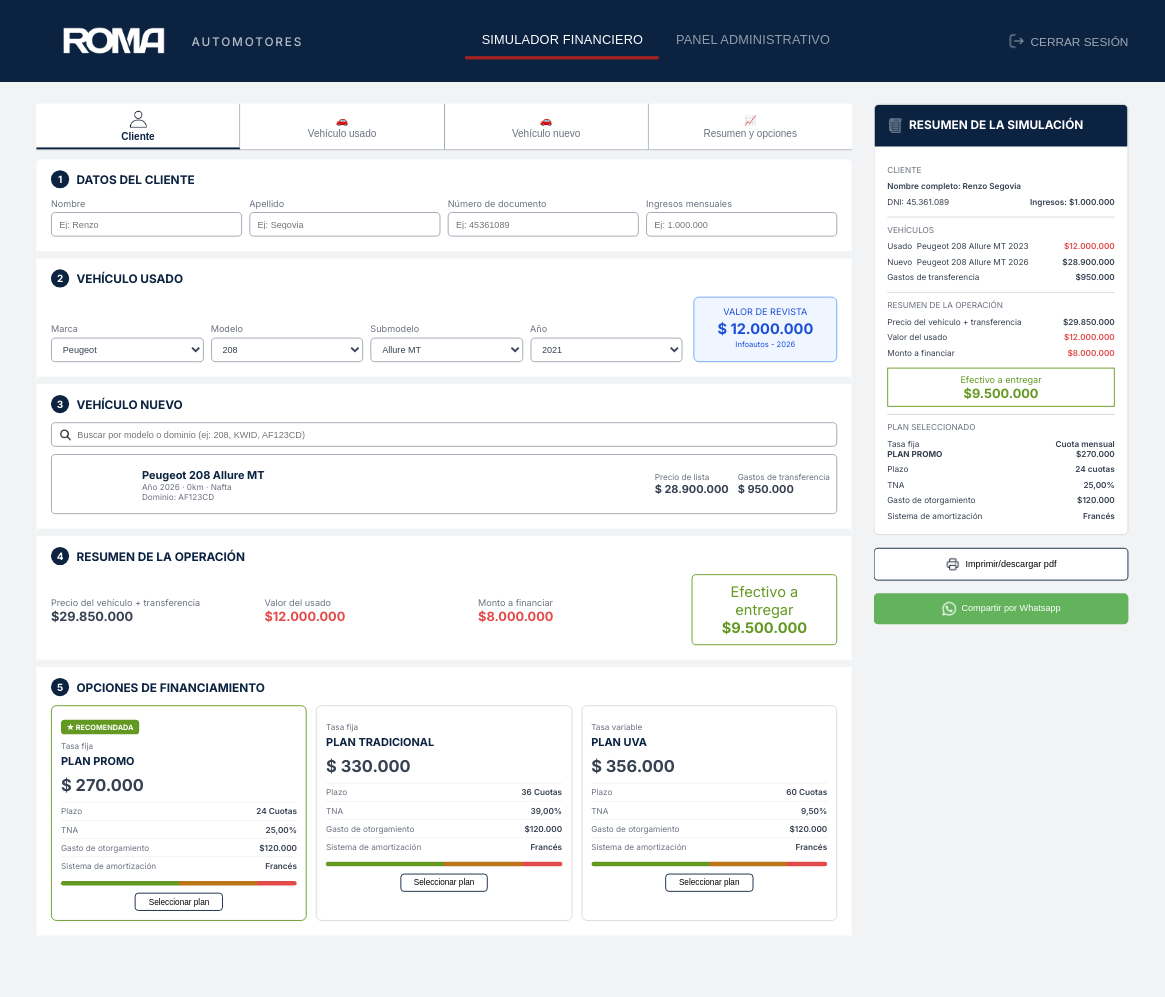
Repository: PPIII-9-012/Roma-System
Page: public/index.html
An editor plug-in stored every save of this project. The page is shown before and after the next save, followed by the edit.
The browser window is 1280 px wide. The pictures show the whole page, at 91% of full size.

Above is the page before, as saved 2026-08-22 16:54:33.

After the next save:
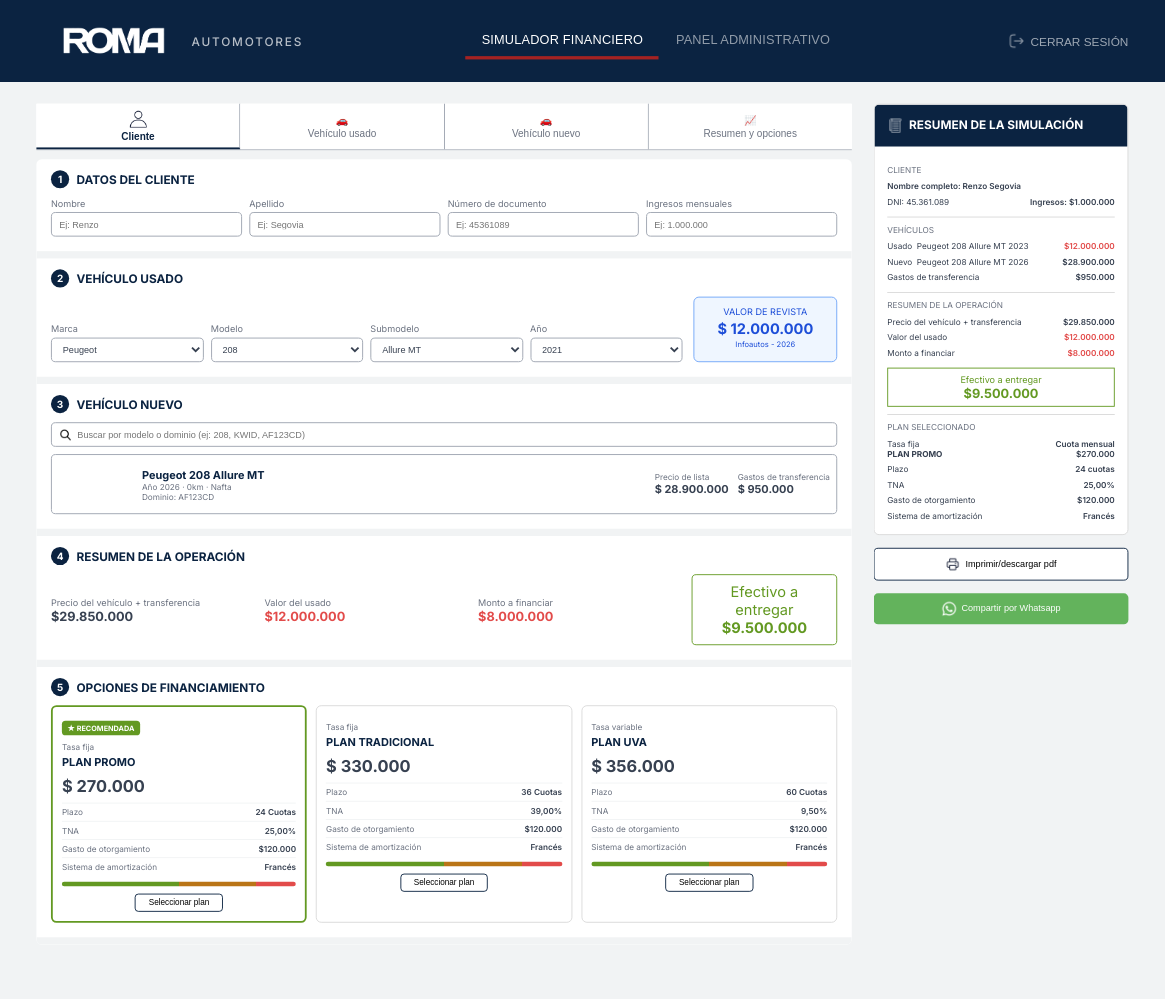
Saved 4 min 31 s later.
--- a/public/index.html
+++ b/public/index.html
@@ -224,8 +224,8 @@
         .cash-box { border: 1px solid #639922; border-radius: 5px; padding: 8px; text-align: center; color: #639922; }
         .cash-box strong { display: block; font-size: 16px; }
         .plans-grid { display: grid; grid-template-columns: repeat(3, 1fr); gap: 10px; }
-        .plan-card { border: 1px solid #D9D9D9; border-radius: 6px; padding: 10px; min-width: 0; }
-        .plan-card:first-child { border-color: #639922; transition: transform 0.3s ease, filter 0.4s ease; }
+        .plan-card { border: 1px solid #D9D9D9; border-radius: 6px; padding: 10px; min-width: 0; cursor: pointer; transition: border-color .2s, box-shadow .2s; }
+        .plan-card.selected { border: 2px solid #639922; }
         .plan-badge { display: inline-block; background: #639922; color: #FFFFFF; border-radius: 4px; padding: 3px 6px; font-size: 8px; font-weight: 700; }
         .plan-type { color: #6B7280; font-size: 9px; margin-top: 7px; }
         .plan-name { color: #0B2341; font-size: 12px; font-weight: 700; margin: 4px 0 8px; }
@@ -274,9 +274,7 @@
             height: 20px;
             display: block;
         }
-        .plan-card:hover {
-            transform: scale(1.2);
-        }
+        .plan-card:hover { box-shadow: 0 2px 8px rgba(11, 35, 65, .12); }
         @media (max-width: 900px) {
             .navbar {
                 height: auto;
@@ -403,7 +401,7 @@
             <section class="form-section">
                 <div class="form-section-head"><span class="form-section-num">5</span><span class="form-section-title">OPCIONES DE FINANCIAMIENTO</span></div>
                 <div class="plans-grid">
-                    <div class="plan-card"><span class="plan-badge">★ RECOMENDADA</span><div class="plan-type">Tasa fija</div><div class="plan-name">PLAN PROMO</div><div class="plan-price">$ 270.000</div><div class="plan-row"><span>Plazo</span><span>24 Cuotas</span></div><div class="plan-row"><span>TNA</span><span>25,00%</span></div><div class="plan-row"><span>Gasto de otorgamiento</span><span>$120.000</span></div><div class="plan-row"><span>Sistema de amortización</span><span>Francés</span></div><div class="rci"></div><button class="plan-button">Seleccionar plan</button></div>
+                    <div class="plan-card selected"><span class="plan-badge">★ RECOMENDADA</span><div class="plan-type">Tasa fija</div><div class="plan-name">PLAN PROMO</div><div class="plan-price">$ 270.000</div><div class="plan-row"><span>Plazo</span><span>24 Cuotas</span></div><div class="plan-row"><span>TNA</span><span>25,00%</span></div><div class="plan-row"><span>Gasto de otorgamiento</span><span>$120.000</span></div><div class="plan-row"><span>Sistema de amortización</span><span>Francés</span></div><div class="rci"></div><button class="plan-button">Seleccionar plan</button></div>
                     <div class="plan-card"><div class="plan-type">Tasa fija</div><div class="plan-name">PLAN TRADICIONAL</div><div class="plan-price">$ 330.000</div><div class="plan-row"><span>Plazo</span><span>36 Cuotas</span></div><div class="plan-row"><span>TNA</span><span>39,00%</span></div><div class="plan-row"><span>Gasto de otorgamiento</span><span>$120.000</span></div><div class="plan-row"><span>Sistema de amortización</span><span>Francés</span></div><div class="rci"></div><button class="plan-button">Seleccionar plan</button></div>
                     <div class="plan-card"><div class="plan-type">Tasa variable</div><div class="plan-name">PLAN UVA</div><div class="plan-price">$ 356.000</div><div class="plan-row"><span>Plazo</span><span>60 Cuotas</span></div><div class="plan-row"><span>TNA</span><span>9,50%</span></div><div class="plan-row"><span>Gasto de otorgamiento</span><span>$120.000</span></div><div class="plan-row"><span>Sistema de amortización</span><span>Francés</span></div><div class="rci"></div><button class="plan-button">Seleccionar plan</button></div>
                 </div>
@@ -429,6 +427,14 @@
             link.classList.add('active');
         });
     });
+
+    const planCards = document.querySelectorAll('.plan-card');
+    planCards.forEach((planCard) => {
+        planCard.addEventListener('click', () => {
+            planCards.forEach((card) => card.classList.remove('selected'));
+            planCard.classList.add('selected');
+        });
+    });
 </script>
 </body>
 </html>
